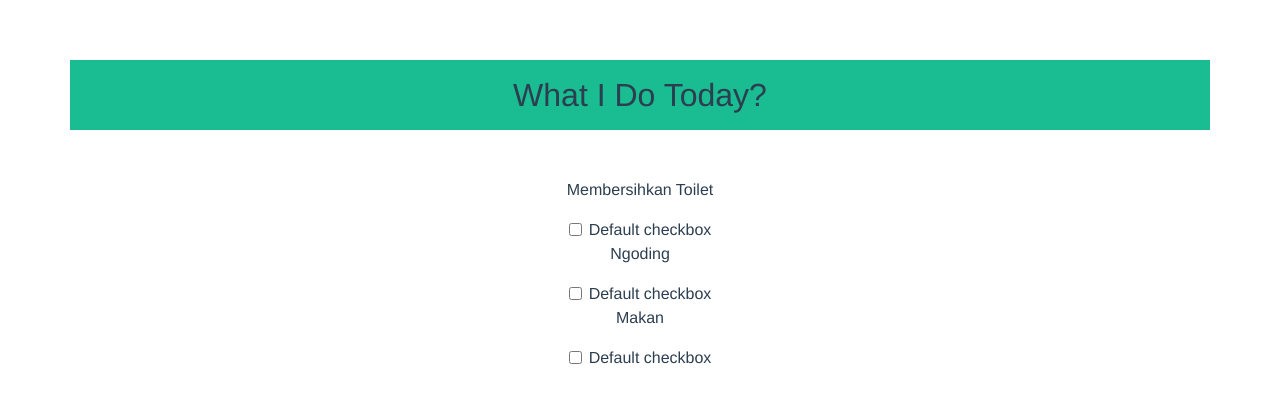
Repository: AdiPrimanto/praxis-academy
Page: / (app in novice/03-05/todolist/)
The author's editor kept a copy of each file at every save. The page is drawn from the files as they stood at one save, then again after the next save.
The browser window is 1280 px wide. The pictures show the whole page.
The project was rebuilt for these pictures with package versions that can differ from the ones it lists, and the page was loaded fresh each time.

Above is the page before, as saved 2019-11-29 14:37:24.

### novice/03-05/todolist/src/App.vue
<template>
  <div id="app">
    <div class="container">
      <div class="row header mb-5 p-3">
        <div class="col-12">
          <h2>What I Do Today? </h2>
        </div>
      </div>
      <div class="row content">
        <div class="col-12">
          <div class="pekerjaan-rumah">
            <div v-for="tugasSaya in tugas" v-bind:key="tugasSaya.id" class="tugas">
              <p>{{tugasSaya.nama}}</p>
              <div class="form-check">
                <input class="form-check-input" type="checkbox" value="" id="defaultCheck1">
                <label class="form-check-label" for="defaultCheck1">
                  Default checkbox
                </label>
              </div>
            </div>
          </div>
        </div>
      </div>
    </div>


  </div>
</template>

<script>
  import 'bootstrap/dist/css/bootstrap.css'

  export default {
    name: 'app',
    //membuat data json
    //v-for dilakukan jk memiliki array di dalam data:
    data: function () {
      return {
        tugas: [{
            id: 1,
            nama: 'Membersihkan Toilet',
            isDone: false
          },
          {
            id: 2,
            nama: 'Ngoding',
            isDone: false
          },
          {
            id: 3,
            nama: 'Makan',
            isDone: false
          }
        ]
      };
    },
    components: {

    }
  }
</script>

<style>
  #app {
    font-family: 'Avenir', Helvetica, Arial, sans-serif;
    -webkit-font-smoothing: antialiased;
    -moz-osx-font-smoothing: grayscale;
    text-align: center;
    color: #2c3e50;
    margin-top: 60px;
  }

  .header {
    background: #1abc91;
  }

  .header h2 {
    margin: 0;
  }
</style>

Loaded but not shown: novice/03-05/todolist/public/index.html (common file); novice/03-05/todolist/src/main.js (common file)

After the next save:
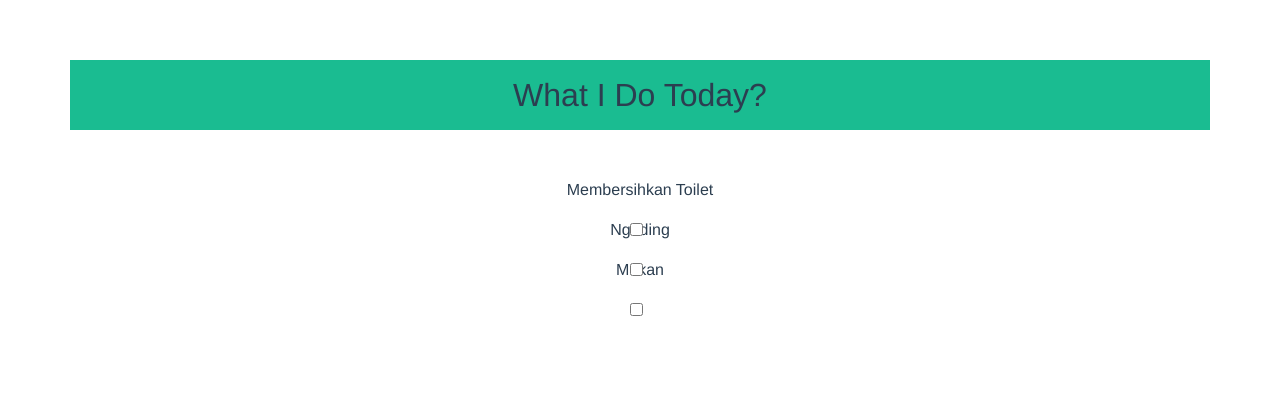
Saved 11 s later.
--- a/novice/03-05/todolist/src/App.vue
+++ b/novice/03-05/todolist/src/App.vue
@@ -13,9 +13,6 @@
               <p>{{tugasSaya.nama}}</p>
               <div class="form-check">
                 <input class="form-check-input" type="checkbox" value="" id="defaultCheck1">
-                <label class="form-check-label" for="defaultCheck1">
-                  Default checkbox
-                </label>
               </div>
             </div>
           </div>

After the 4 saves that followed:
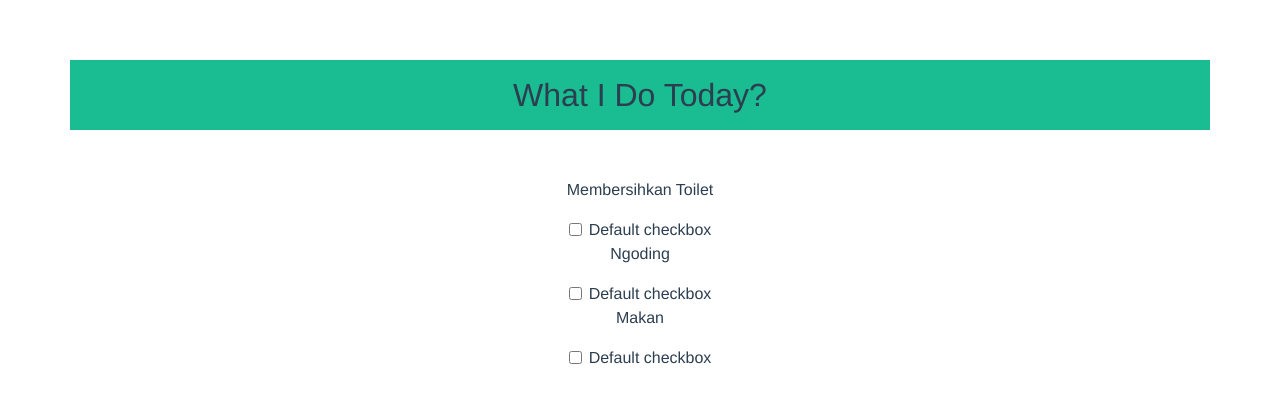
The 4 saves are shown as one change because 2 left the picture as it was and some came seconds apart.
The last was saved 2 min 50 s later.
--- a/novice/03-05/todolist/src/App.vue
+++ b/novice/03-05/todolist/src/App.vue
@@ -13,6 +13,9 @@
               <p>{{tugasSaya.nama}}</p>
               <div class="form-check">
                 <input class="form-check-input" type="checkbox" value="" id="defaultCheck1">
+                <label class="form-check-label" for="defaultCheck1">
+                  Default checkbox
+                </label>
               </div>
             </div>
           </div>
